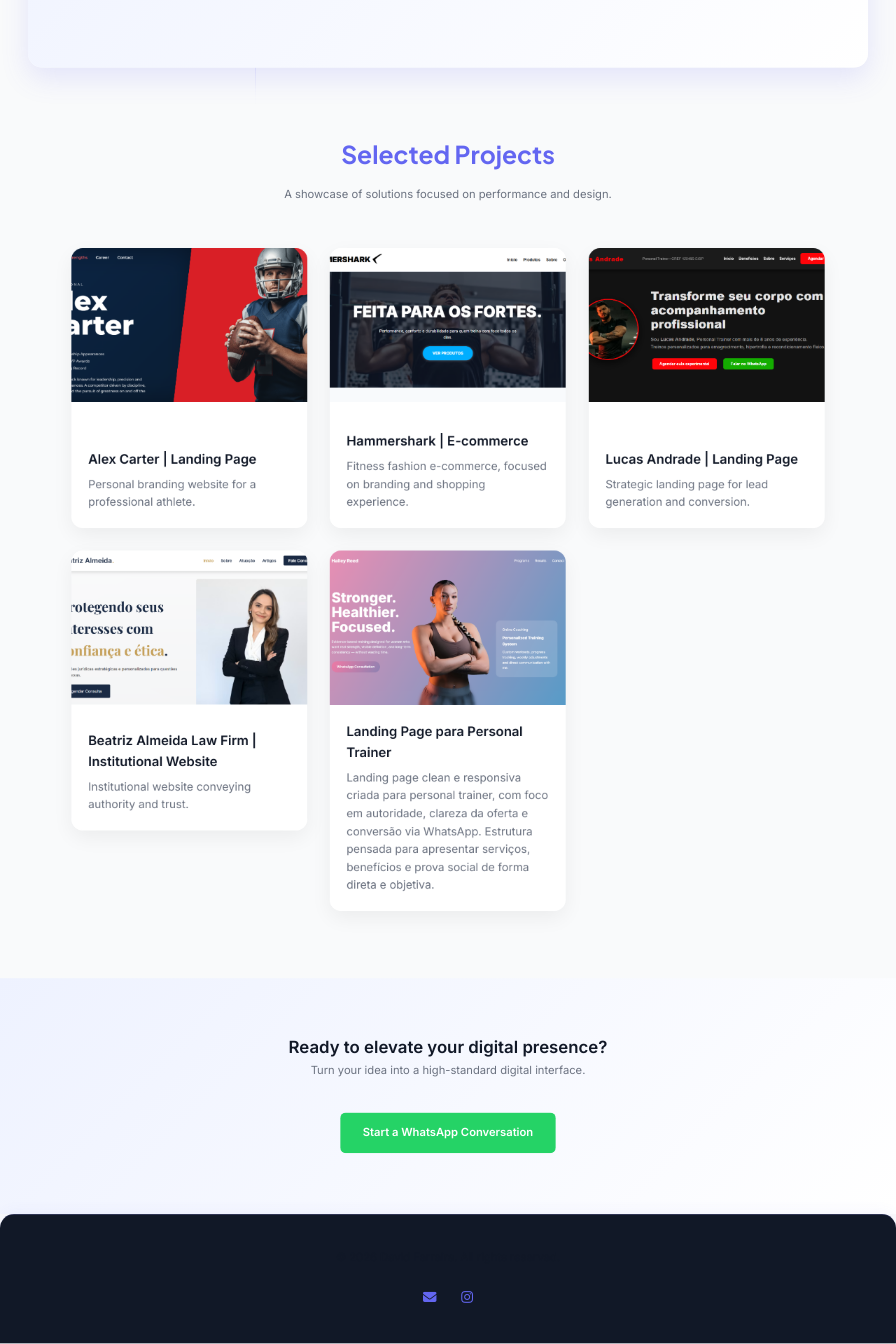
Repository: davidfsillva/portifolio
Page: index.html
The author's editor kept a copy of each file at every save. The page is drawn from the files as they stood at one save, then again after the next save.
The browser window is 1280 px wide. The pictures show the part of the page from y = 1128 to 3048 px (the page is 3048 px tall), at 70% of full size.

Above is the page before, as saved 2026-02-13 13:21:05.
Console error: TypeError: Cannot read properties of null (reading 'addEventListener')

After the next save:
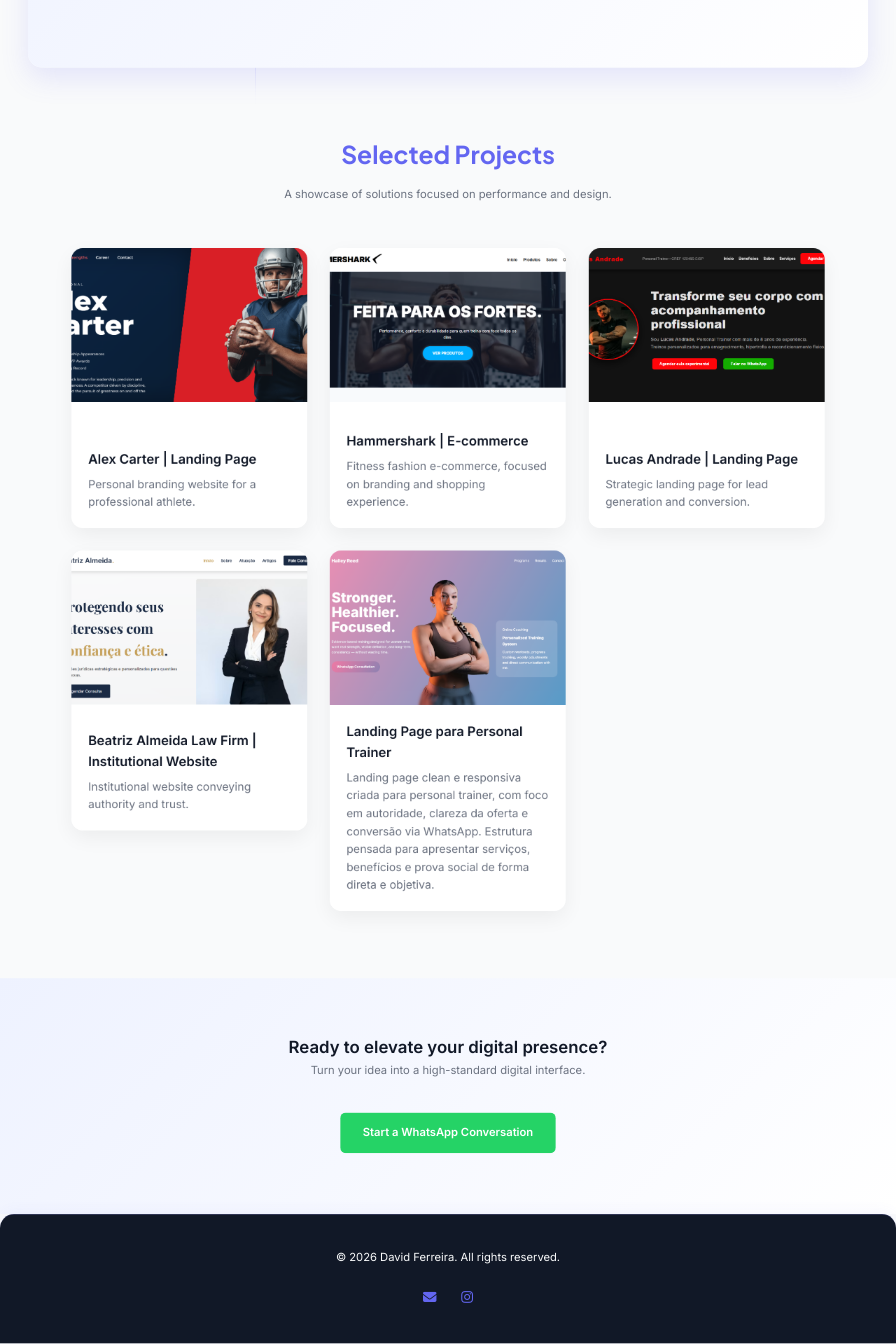
Saved 4 s later.
--- a/style.css
+++ b/style.css
@@ -434,7 +434,7 @@ footer {
 }
 
 .footer-content p {
-  color: var();
+  color: var(--bg-light);
   font-weight: 450;
   font-size: 1rem;
 }
